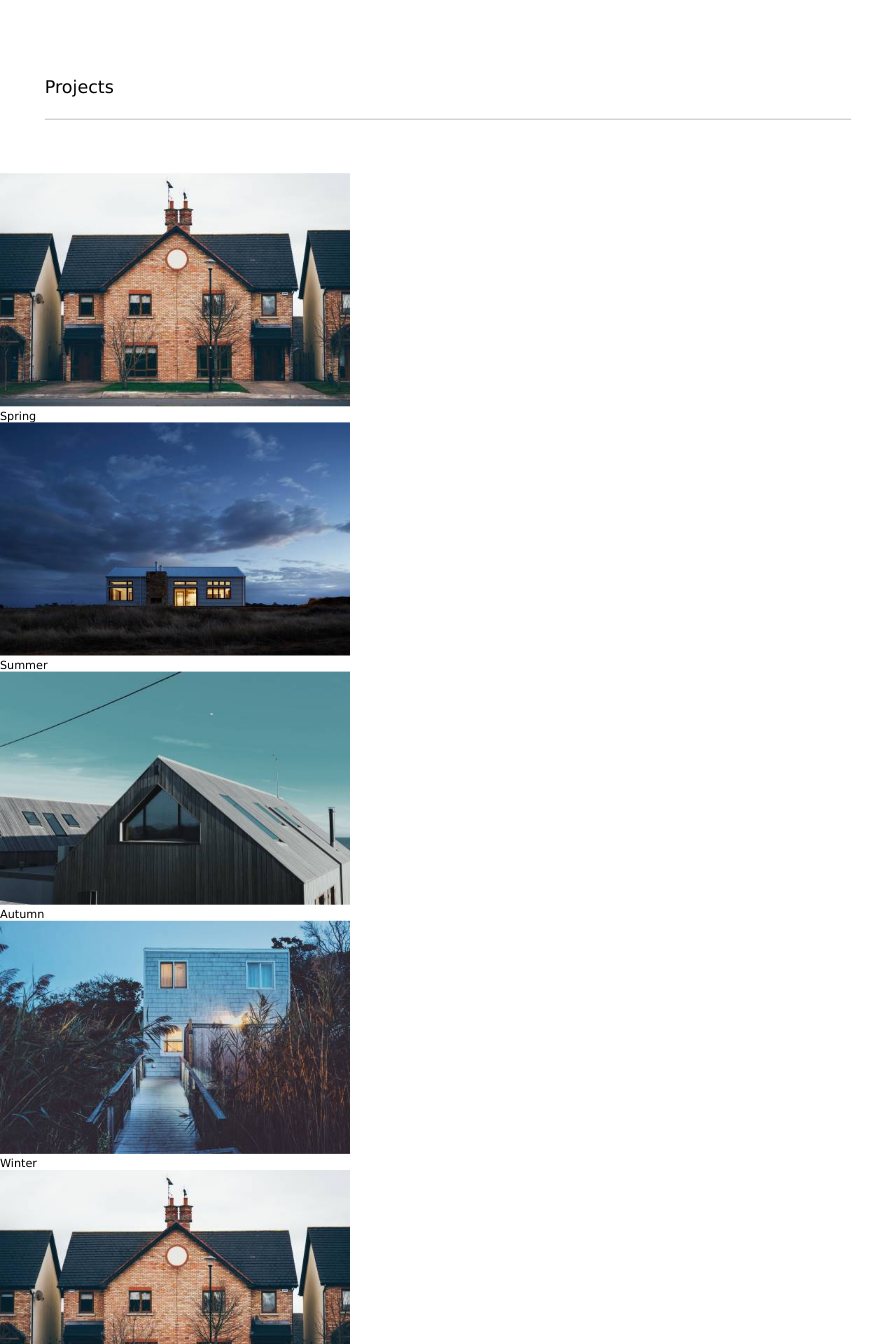
Repository: hesshess/clonecoding-assignment
Page: 2-ba-architects/template2.html
The author's editor kept a copy of each file at every save. The page is drawn from the files as they stood at one save, then again after the next save.
The browser window is 1280 px wide. The pictures show the part of the page from y = 648 to 2568 px (the page is 7125 px tall before and 6973 px after), at 70% of full size.

Above is the page before, as saved 2022-03-15 19:53:50.

After the next save:
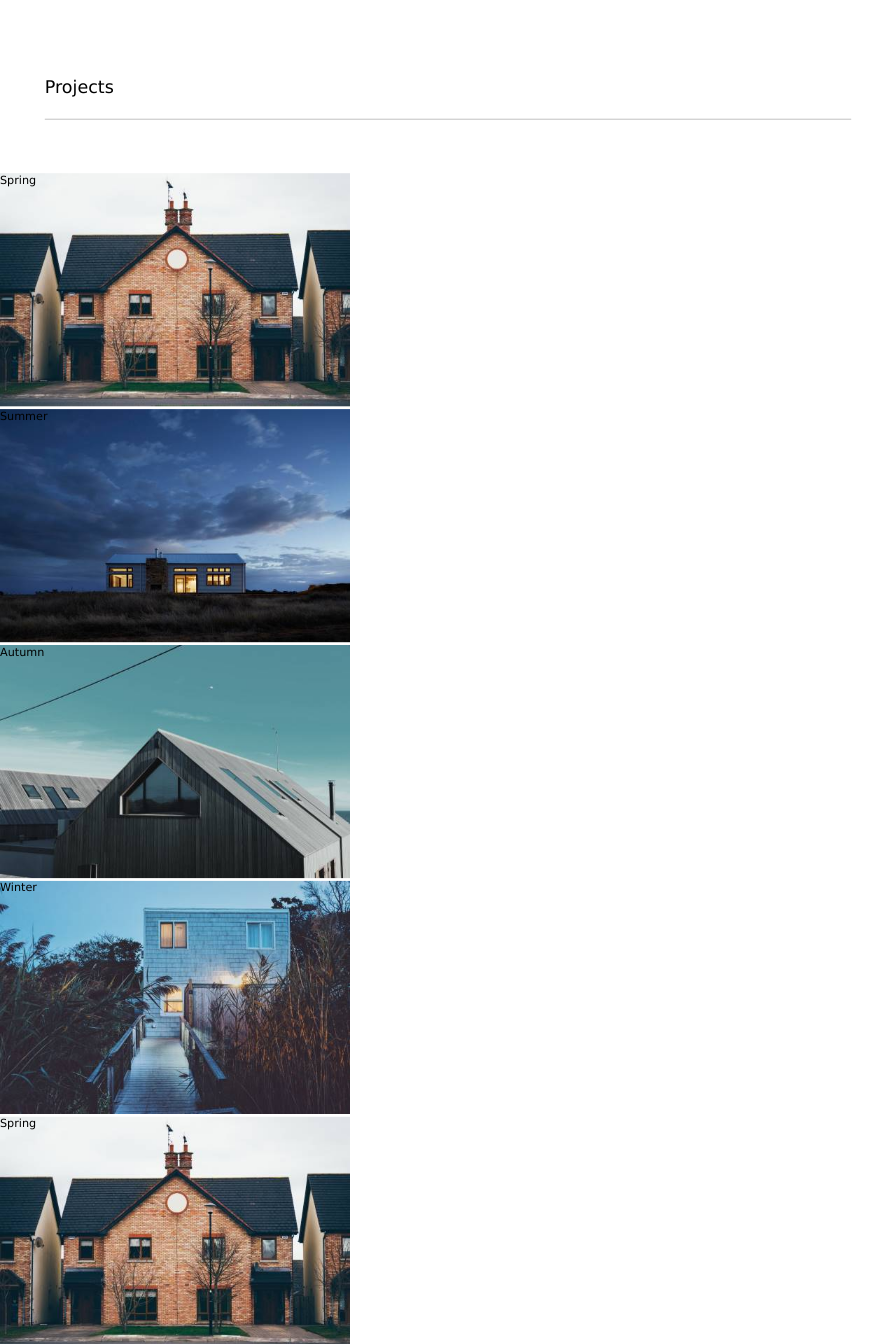
Saved 2 min 36 s later.
--- a/2-ba-architects/template2.css
+++ b/2-ba-architects/template2.css
@@ -126,3 +126,12 @@ div.title-box h3 {
   padding: 30px 0;
   border-bottom: 2px solid lightgray;
 }
+
+div.houses {
+  position: relative;
+}
+div.house__name {
+  position: absolute;
+  top: 0;
+  bottom: 0;
+}
